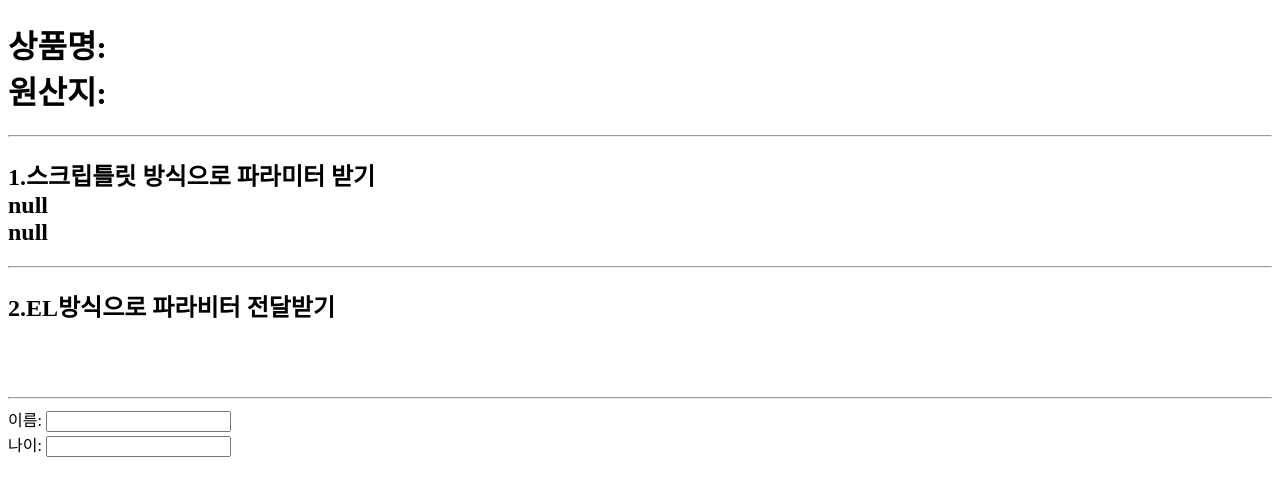
Repository: hwimi/2024-04-12
Page: http://localhost/jstl_study/step-3.jsp
These files come from the project's save history. The page is drawn as it stood at one moment and after the next save; the edit follows.
The browser window is 1280 px wide. The pictures show the whole page.
The page is served by Tomcat 9.

Above is the page before, as saved 2024-04-11 03:15:14.

After the next save:
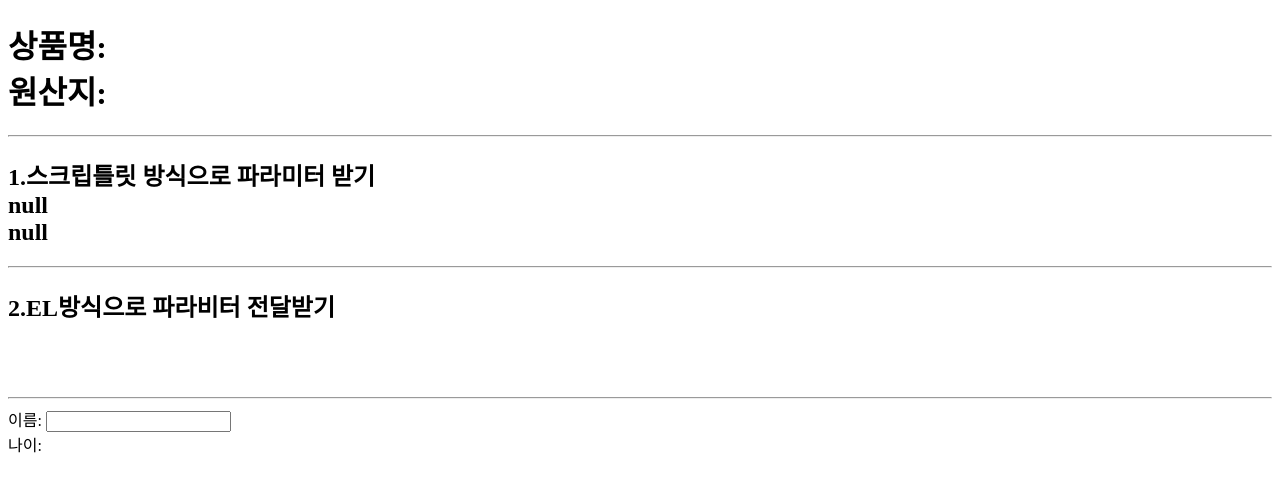
Saved 6 s later.
--- a/jstl_study/src/main/webapp/step-3.jsp
+++ b/jstl_study/src/main/webapp/step-3.jsp
@@ -36,7 +36,7 @@
 
 		<form action="step-4.jsp">
 		이름: <input type="text" name="name"><br>
-		나이: <input>
+		나이: <input type="text>
 
 		</form>
 

After the save that followed:
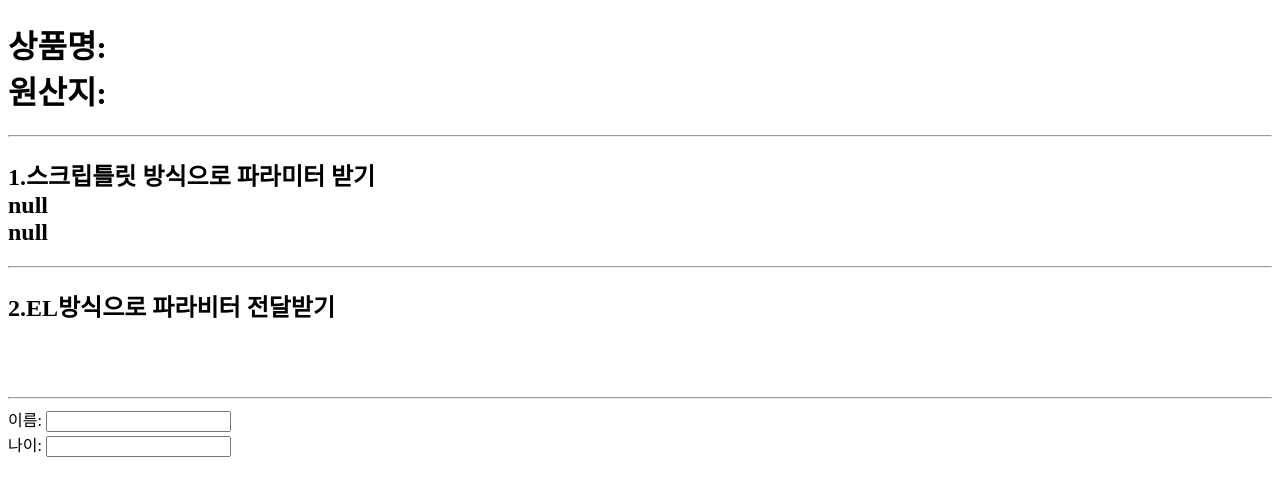
Saved 5 s later.
--- a/jstl_study/src/main/webapp/step-3.jsp
+++ b/jstl_study/src/main/webapp/step-3.jsp
@@ -36,7 +36,7 @@
 
 		<form action="step-4.jsp">
 		이름: <input type="text" name="name"><br>
-		나이: <input type="text>
+		나이: <input type="text">
 
 		</form>
 
